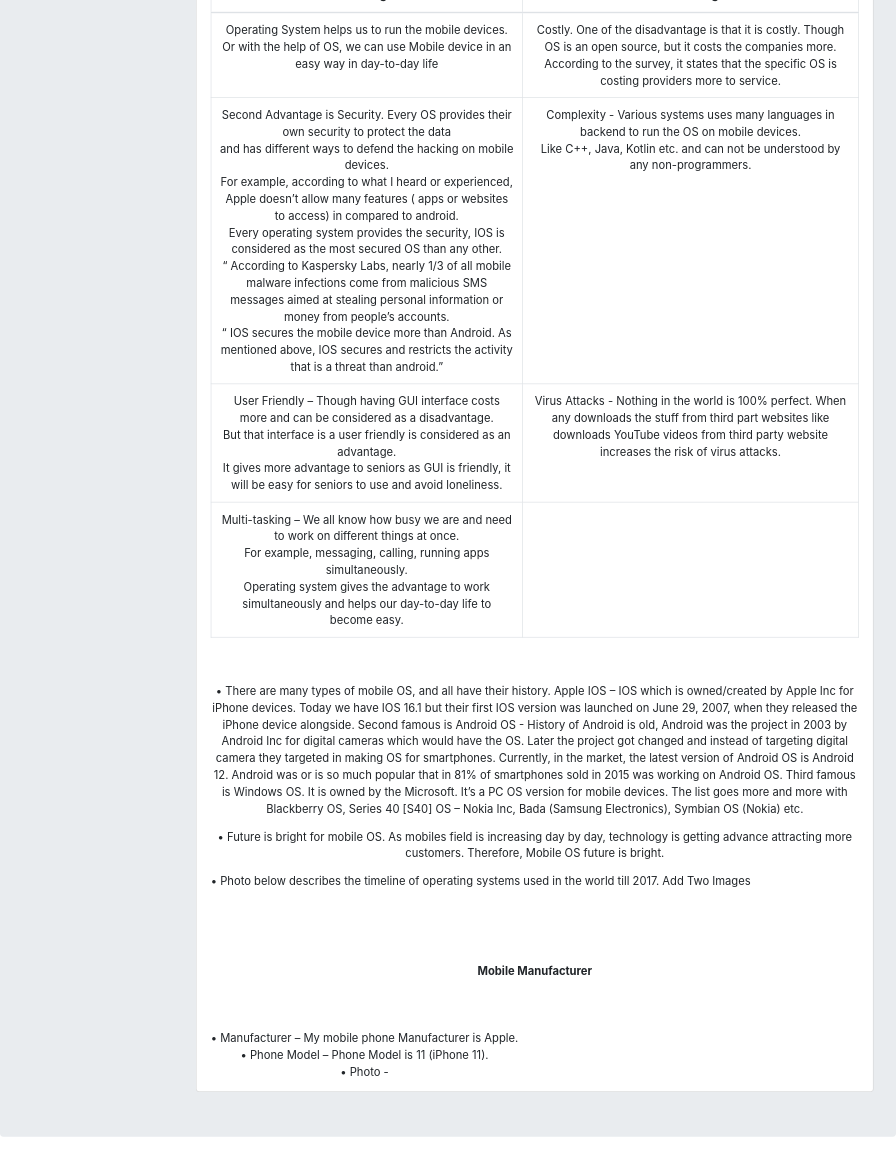
Repository: devanshudave1901/Mobile-Dev-Website
Page: labs.html
The author's editor kept a copy of each file at every save. The page is drawn from the files as they stood at one save, then again after the next save.
The browser window is 1280 px wide. The pictures show the part of the page from y = 1057 to 2977 px (the page is 2713 px tall before and 2977 px after), at 70% of full size.
Some web libraries are served in a nearby version.

Above is the page before, as saved 2022-10-05 18:58:32.

### labs.html
<!DOCTYPE html>
<html lang="en">
  <head>
    <meta charset="UTF-8" />
    <meta http-equiv="X-UA-Compatible" content="IE=edge" />
    <meta name="viewport" content="width=device-width, initial-scale=1.0" />
    <link
      rel="stylesheet"
      href="https://cdn.jsdelivr.net/npm/bootstrap@4.0.0/dist/css/bootstrap.min.css"
      integrity="sha384-Gn5384xqQ1aoWXA+058RXPxPg6fy4IWvTNh0E263XmFcJlSAwiGgFAW/dAiS6JXm"
      crossorigin="anonymous"
    />
    <link
      href="https://maxcdn.bootstrapcdn.com/font-awesome/4.2.0/css/font-awesome.min.css"
      rel="stylesheet"
    />
    <link rel="stylesheet" href="./css/style.css" />

    <style>
      .navbar-nav {
        margin-left: auto;
        font-size: 23px;
      }
      .welcomeHeading {
        text-shadow: 2px 2px red;
        text-align: center;
      }
      .welcomeText {
        text-align: center;
        font-family: "Sofia", sans-serif;
      }
      .featurette-heading {
        font-weight: 300;
        line-height: 1;
        letter-spacing: -0.05rem;
        margin-top: 20%;
      }
      .profileIamge {
        width: 250px;

        left: 300px;
      }
      .mobileDevProfile {
        margin-top: 10%;
        left: 100px;
      }
      .main {
        display: flex;
        flex-wrap: nowrap;
        height: 100vh;
        height: -webkit-fill-available;
        max-height: 100vh;
        overflow-x: auto;
        overflow-y: hidden;
      }
      .sideBar {
        height: 870px;
      }
    </style>
    <script
      src="https://code.jquery.com/jquery-3.2.1.slim.min.js"
      integrity="sha384-KJ3o2DKtIkvYIK3UENzmM7KCkRr/rE9/Qpg6aAZGJwFDMVNA/GpGFF93hXpG5KkN"
      crossorigin="anonymous"
    ></script>
    <script
      src="https://cdn.jsdelivr.net/npm/popper.js@1.12.9/dist/umd/popper.min.js"
      integrity="sha384-ApNbgh9B+Y1QKtv3Rn7W3mgPxhU9K/ScQsAP7hUibX39j7fakFPskvXusvfa0b4Q"
      crossorigin="anonymous"
    ></script>
    <script
      src="https://cdn.jsdelivr.net/npm/bootstrap@4.0.0/dist/js/bootstrap.min.js"
      integrity="sha384-JZR6Spejh4U02d8jOt6vLEHfe/JQGiRRSQQxSfFWpi1MquVdAyjUar5+76PVCmYl"
      crossorigin="anonymous"
    ></script>
    <title>Mobile Development - Lab 2</title>
  </head>
  <body>
    <div id="navBar">
      <nav class="navbar sticky-top navbar-expand-lg navbar-dark bg-dark">
        <a class="navbar-brand" href="#">Devanshu Dave</a>

        <div class="collapse navbar-collapse" id="navbarNavDropdown">
          <ul class="navbar-nav" mr-auto>
            <li class="nav-item active">
              <a class="nav-link" href="./index.html"
                >Home <span class="sr-only">(current)</span></a
              >
            </li>
            <li class="nav-item">
              <a class="nav-link" href="./course.html">Course</a>
            </li>
          </ul>
        </div>
      </nav>
    </div>
    <div id="sideBar">
        <div
        class="d-flex flex-column flex-shrink-0 p-3 bg-light sideBar"
        style="width: 280px"
      >
        <a
          href="/"
          class="d-flex align-items-center mb-3 mb-md-0 me-md-auto link-dark text-decoration-none"
        >
          <svg class="bi me-2" width="40" height="32">
            <use xlink:href="#bootstrap" />
          </svg>
          <span class="fs-4">Home</span>
        </a>
        <hr />
        <ul class="nav nav-pills flex-column mb-auto">
          <li>
            <a href="index.html" class="nav-link link-dark">
              <svg class="bi me-2" width="16" height="16">
                <use xlink:href="#table" />
              </svg>
              Classwork
            </a>
          </li>
          <li class="nav-item">
            <a href="labs.html" class="nav-link" aria-current="page">
              <svg class="bi me-2" width="16" height="16">
                <use xlink:href="#home" />
              </svg>
              Labs
            </a>
          </li>
          <li>
            <a href="#" class="nav-link link-dark">
              <svg class="bi me-2" width="16" height="16">
                <use xlink:href="#speedometer2" />
              </svg>
              Project
            </a>
          </li>
        </ul>
        <hr />
      </div>
      <br />
      <br />
      <br />
    </div></div>
    <div id="mainBar">
        <div class="jumbotron">
            <h1>Labs Of Mobile Development 4201</h1>

            <div class="card text-center id="nav-tab" role="tablist"">
                <div class="card-header">
                  <ul class="nav nav-tabs card-header-tabs">
                    <li class="nav-item">
                      <a class="nav-item nav-link active" id="nav-home-tab" data-toggle="tab" href="#nav-home" role="tab" aria-controls="nav-home" aria-selected="true" >Lab 1</a>
                    </li>
                    <li class="nav-item">
                      <a  class="nav-item nav-link" id="nav-profile-tab" data-toggle="tab" href="#nav-profile" role="tab" aria-controls="nav-profile" aria-selected="false">Lab 2</a>
                    </li>

                  </ul>
                </div>
                <div class="tab-content" id="nav-tabContent">
                    <div class="card-body tab-pane fade show active" id="nav-home" role="tabpanel" aria-labelledby="nav-home-tab"">
                    <h5 class="card-title">Lab 1</h5>
                    <p class="card-text">
                        Name : Devanshu Dave <br/>
                        Course Code : MODE 4201<br/>
                        Student ID : 100785733<br/>
                        Title : Lab 1 – Individual work<br/>
                        Date – 21/09/2022<br/>

                    </p>
                    <br/>
                    <br/>
                    <p>
                    <b> Mobile Development – Mobile Operating System</b><br/><br/>

                        •	When we go to the shop for purchasing the mobile device, now a days most common question we hear is “Do you prefer android or IOS?”. Now the question arises, what is exactly android and IOS. What’s the point to ask?. Well, to answer this question we have to dig more into the dept. But in short, Android and IOS are the part of types from many in mobile Operating systems. <br/>They are the main part which can change the user experience to use Mobile device. Its also a path between software and hardware part of the mobile device. <br/><br/><br/>
                        •	Mobile Device is used in day-to-day life. From small things to big, mobiles have become the most important part of our life. To run the mobile device OS which is also known as Operating System is required. OS is very important part of the mobile device. Mostly Applications which run on the mobile is with the help of the OS present in the device. They are also known as communicator between software and hardware.<br/><br/>
                        •	 There are various types of OS. But the two famous OS are Android and IOS. Most of the manufacturing companies have their own OS. Android devices (many manufacturing companies) have android OS. For example, Apple mobile phones have their own IOS which helps to run the iPhone devices. Android OS is used in Android devices like Samsung, Oppo, Vivo, MI etc.<br/><br/>
                        •	 There are many advantages of Mobile Operating system. Along with that where there are advantages there are also disadvantages. <br/>

                    </p>
                    <table class="table table-bordered">
                        <thead>
                        <tr>

                            <th scope="col">Advantages</th>
                            <th scope="col">Disadvantages</th>

                        </tr>
                        </thead>
                        <tbody>
                        <tr>

                            <td>Operating System helps us to run the mobile devices.
                                Or with the help of OS, we can use Mobile device in an
                                easy way in day-to-day life</td>
                            <td>Costly. One of the disadvantage is that it is costly.
                                Though OS is an open source, but it costs the companies more.
                                According to the survey, it states that the specific OS is costing providers more to service.</td>
                        </tr>
                        <tr>
                            <td>Second Advantage is Security. Every OS provides their own security to protect the data  <br/>and has different ways to defend the hacking on mobile devices.
                                <br/> For example, according to what I heard or experienced,<br/> Apple doesn’t allow many features ( apps or websites to access) in compared to android.<br/>
                                Every operating system provides the security, IOS is considered as the most secured OS than any other.
                                <br/>   “ According to Kaspersky Labs, nearly 1/3 of all mobile malware infections come from malicious SMS messages aimed at stealing personal information or money from people’s accounts. <br/>“ IOS secures the mobile device more than Android.
                                As mentioned above, IOS secures and restricts the activity that is a threat than android.”</td>
                            <td>  Complexity -  Various systems uses many languages in backend to run the OS on mobile devices.
                                <br/>  Like C++, Java, Kotlin etc. and can not be understood by any non-programmers.</td>
                        </tr>
                        <tr>
                            <td>
                                User Friendly – Though having GUI interface costs more and can be
                                considered as a disadvantage. <br/>But that interface is a user friendly is considered as an advantage.
                                <br/> It gives more advantage to seniors as GUI is friendly, it will be
                                easy for seniors to use and avoid loneliness.
                            </td>
                            <td>
                                Virus Attacks -  Nothing in the world is 100% perfect.
                                When any downloads the stuff from third part websites like downloads YouTube
                                videos from third party website increases the risk of virus attacks.
                            </td>
                        </tr>
                        <tr>
                            <td>
                                Multi-tasking – We all know how busy we are and need to work on different things at once.
                                <br/>For example, messaging, calling, running apps simultaneously.
                                <br/>Operating system gives the advantage to work simultaneously and helps our day-to-day life to become easy.
                            </td>
                        </tr>
                        </tbody>
                    </table>
                    <br>
                    <br>

                    <p>
                        •	There are many types of mobile OS, and all have their history.  Apple IOS – IOS which is owned/created by Apple Inc for iPhone devices.
                        Today we have IOS 16.1 but their first IOS version was launched on June 29, 2007, when they released  the iPhone device alongside.
                        Second famous is Android  OS -  History of Android is old, Android was  the project in 2003 by Android Inc for digital cameras which would have the OS.
                        Later the project   got changed and instead of targeting digital camera they targeted in making OS for smartphones. Currently, in the market, the latest version of Android OS is Android 12.
                        Android was or is so much popular that in 81% of smartphones sold in 2015 was working on Android OS. Third famous is Windows OS. It is owned by the Microsoft. It’s a PC OS version for mobile devices.
                            The list goes more and more with Blackberry OS, Series 40 [S40] OS – Nokia Inc, Bada (Samsung Electronics), Symbian OS (Nokia) etc.
                    </p>
                    <p style="float: left;">
                        •	Future is bright for mobile OS. As mobiles field is increasing day by day,
                        technology is getting advance attracting more customers.
                        Therefore, Mobile OS future is bright.<br/>

                    </p>
                    <p style="float: left;">
                        •	Photo below describes the timeline of operating systems used in the world till 2017. Add Two Images
                    </p>
                    <br/>
                    <br/>
                    <br/>
                    <br/>
                    <br/>
                    <br/>
                    <br/>
                    <br/>


                    <b style="text-align: centre;">Mobile Manufacturer</b>
                    <br/>
                    <br/>
                    <br/>
                    <p style="float:left">
                        <br/>
                        •	Manufacturer – My mobile phone Manufacturer is Apple.<br/>
                        •	Phone Model – Phone Model is 11 (iPhone 11). <br/>
                        •	Photo -


                    </p>
              </div>
              <div class="tab-pane fade" id="nav-profile" role="tabpanel" aria-labelledby="nav-profile-tab">...</div>
             </div>
        </div>
    </div>
  </body>
</html>

### css/style.css
#sideBar {
  height: 570px;
  margin-top: 5px;
  float: left;
  /* text-align: center; */
}

#mainBar {
  text-align: center;
}

After the next save:
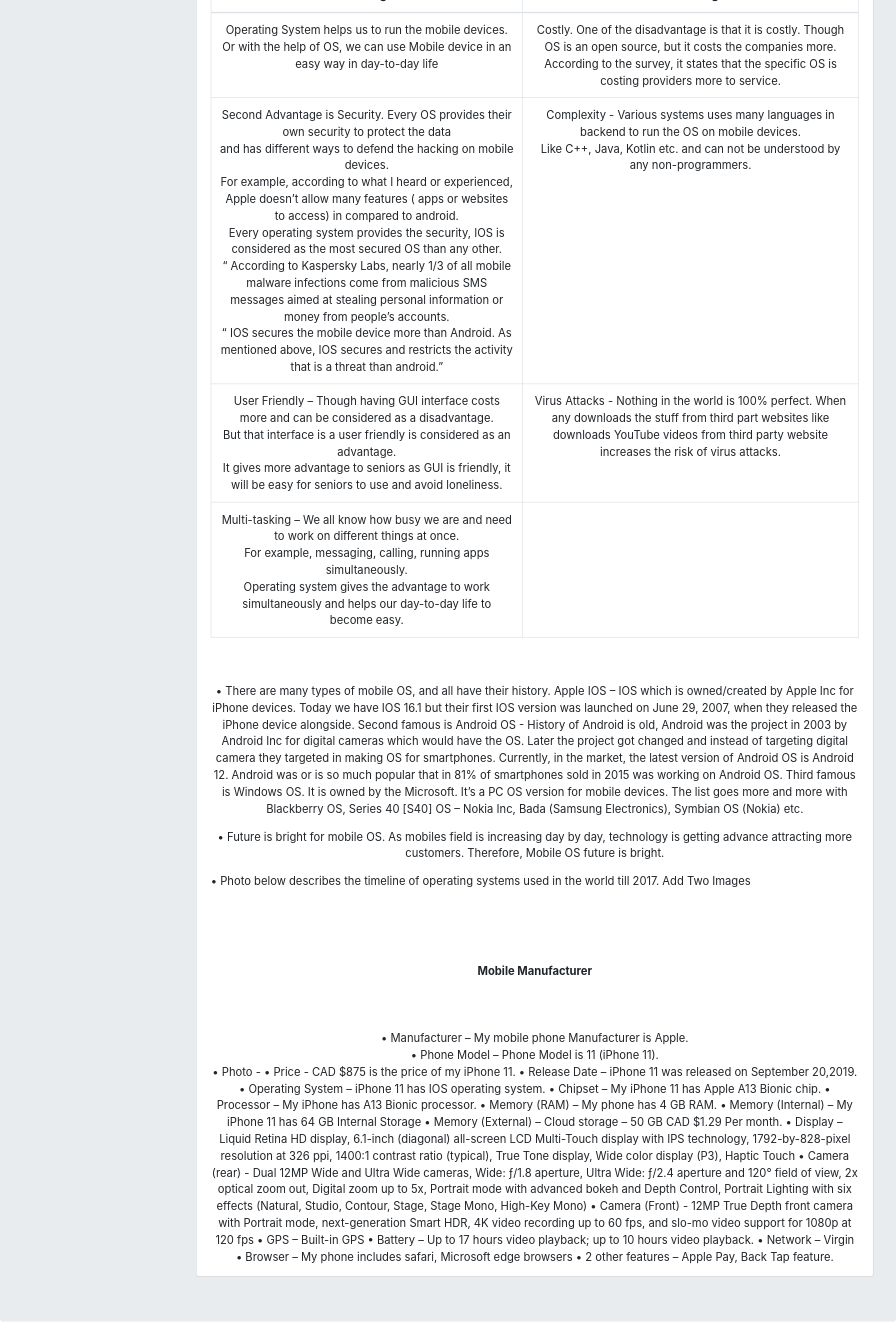
Saved 16 s later.
--- a/labs.html
+++ b/labs.html
@@ -267,6 +267,23 @@
                         •	Manufacturer – My mobile phone Manufacturer is Apple.<br/>
                         •	Phone Model – Phone Model is 11 (iPhone 11). <br/>
                         •	Photo -
+                        •	Price -   CAD $875 is the price of my iPhone 11.
+                        •	Release Date – iPhone 11 was released on September 20,2019.
+                        •	Operating System – iPhone 11 has IOS operating system.
+                        •	Chipset – My iPhone 11 has Apple A13 Bionic chip.
+                        •	Processor – My iPhone has  A13 Bionic processor.
+                        •	Memory (RAM) – My phone has 4 GB RAM.
+                        •	Memory (Internal) –  My iPhone 11 has 64 GB Internal Storage
+                        •	Memory (External) – Cloud storage – 50 GB CAD $1.29 Per month.
+                        •	Display –  Liquid Retina HD display, 6.1-inch (diagonal) all-screen LCD Multi-Touch display with IPS technology, 1792-by-828-pixel resolution at 326 ppi, 1400:1 contrast ratio (typical), True Tone display, Wide color display (P3), Haptic Touch
+                        •	Camera (rear)  - Dual 12MP Wide and Ultra Wide cameras, Wide: ƒ/1.8 aperture, Ultra Wide: ƒ/2.4 aperture and 120° field of view, 2x optical zoom out, Digital zoom up to 5x, Portrait mode with advanced bokeh and Depth Control, Portrait Lighting with six effects (Natural, Studio, Contour, Stage, Stage Mono, High-Key Mono)
+                        •	Camera (Front)  - 12MP True Depth front camera with Portrait mode, next-generation Smart HDR, 4K video recording up to 60 fps, and slo-mo video support for 1080p at 120 fps
+                        •	GPS – Built-in GPS
+                        •	Battery – Up to 17 hours video playback; up to 10 hours video playback.
+                        •	Network – Virgin
+                        •	Browser – My phone includes safari, Microsoft edge browsers
+                        •	2 other features – Apple Pay, Back Tap feature.
+
 
 
                     </p>
